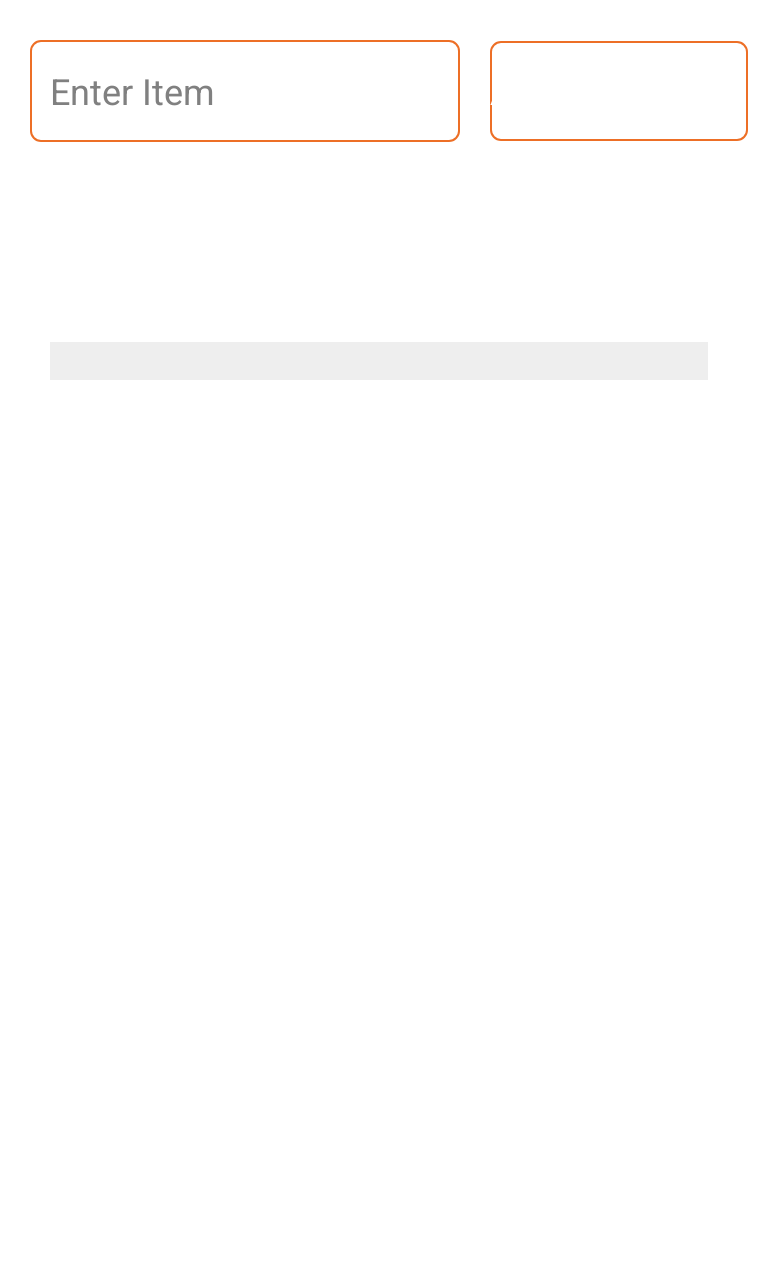
Repository: ianDervan/FYP_ShopSmart
Layout: FYP/ShopSmart/res/layout/activity_shopping_list.xml
An editor plug-in stored every save of this project. The layout is shown before and after the next save, followed by the edit.
It is drawn on a 768 x 1280 px phone screen (xhdpi) without system bars, with theme AppTheme; the app's code is not run.

Above is the layout before, as saved 2015-01-16 20:55:08.

### FYP/ShopSmart/res/layout/activity_shopping_list.xml
<?xml version="1.0" encoding="utf-8"?>
<LinearLayout xmlns:android="http://schemas.android.com/apk/res/android"
     android:layout_width="match_parent"
     android:layout_height="match_parent"
     android:orientation="vertical"
     android:padding="10dip" >

    <LinearLayout
        android:layout_width="fill_parent"
        android:layout_height="wrap_content"
        android:orientation="horizontal" >

        <AutoCompleteTextView
            android:id="@+id/autocomplete_country"
            android:layout_width="dp"
            android:layout_height="51dp"
            android:layout_marginLeft="5dp"
            android:layout_marginTop="10dp"
            android:layout_weight=".5"
            android:background="@drawable/customeditext"
            android:dropDownWidth="340dp"
            android:hint="Enter Item"
            android:paddingLeft="10dp" />

        <EditText
            android:id="@+id/quantity"
            android:layout_width="0dp"
            android:layout_height="50dp"
            android:layout_weight="0.3"
            android:layout_marginLeft="15dp"
            android:layout_marginTop="10dp"
            android:background="@drawable/customeditext"
            android:text="Add"
            android:textColor="#FFFFFF" />
    </LinearLayout>

     <LinearLayout
         android:layout_width="fill_parent"
         android:layout_height="wrap_content"
         android:layout_marginTop="50dp"
         android:orientation="vertical" >


         <ScrollView
             android:id="@+id/ScrollView01"
             android:layout_width="match_parent"
             android:layout_height="0dp"
             android:layout_weight="1.20"
             android:layout_marginTop="50dp" >

             <TextView
                 android:id="@+id/txtMsg"
                 android:layout_width="match_parent"
                 android:layout_height="wrap_content"
                 android:layout_marginLeft="15dp"
                 android:layout_marginRight="20dp"
                 android:background="#ffeeeeee" />
         </ScrollView>

     </LinearLayout>
 </LinearLayout>

### FYP/ShopSmart/res/drawable/customeditext.xml
<?xml version="1.0" encoding="utf-8"?>

<shape xmlns:android="http://schemas.android.com/apk/res/android"
	android:shape="rectangle" android:padding="10dp">
	<solid android:color="#FFFFFF" />
	<corners
	    android:bottomRightRadius="5dp"
		android:bottomLeftRadius="5dp"
		android:topLeftRadius="5dp"
		android:topRightRadius="5dp" />
	<stroke android:width="1dip" android:color="#ED6F26"/>

</shape>

Loaded but not shown: FYP/ShopSmart/res/values/styles.xml (common file); FYP/ShopSmart/res/values-v11/styles.xml (common file); FYP/ShopSmart/res/values-v14/styles.xml (common file)

After the next save:
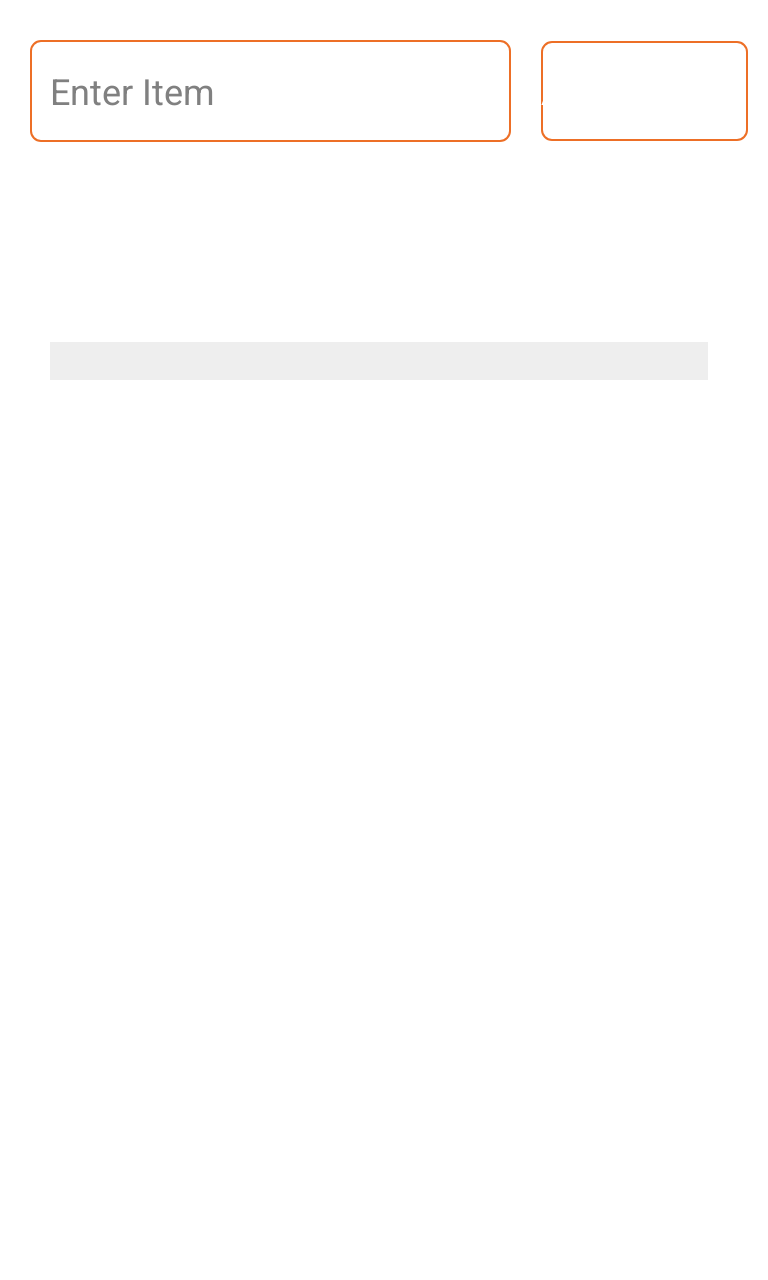
Saved 19 s later.
--- a/FYP/ShopSmart/res/layout/activity_shopping_list.xml
+++ b/FYP/ShopSmart/res/layout/activity_shopping_list.xml
@@ -16,7 +16,7 @@
             android:layout_height="51dp"
             android:layout_marginLeft="5dp"
             android:layout_marginTop="10dp"
-            android:layout_weight=".5"
+            android:layout_weight=".7"
             android:background="@drawable/customeditext"
             android:dropDownWidth="340dp"
             android:hint="Enter Item"
